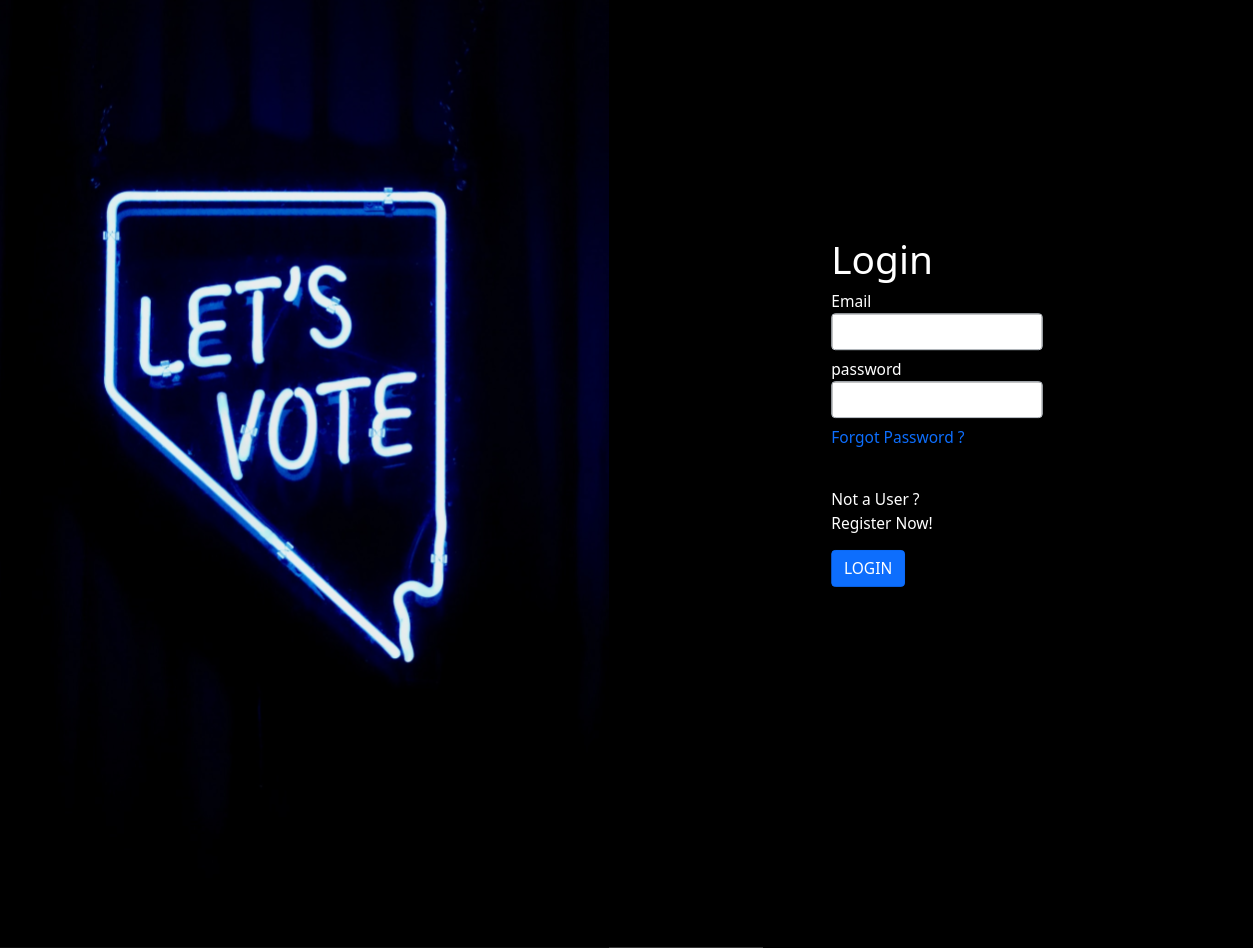
Repository: DavidManiIbrahim/Voting-app
Page: Login.html
The author's editor kept a copy of each file at every save. The page is drawn from the files as they stood at one save, then again after a run of saves.
The browser window is 1280 px wide. The page is 1292 px wide, so the pictures cover 1292 px, including what lies to the right of the window. The pictures show the whole page, at 97% of full size.

Above is the page before, as saved 2025-01-18 07:11:15.

### Login.html
<!DOCTYPE html>
<html lang="en">
<head>
    <meta charset="UTF-8">
    <meta name="viewport" content="width=device-width, initial-scale=1.0">
    <title>Login Page</title>
    <link rel="stylesheet" href="./bootstrap.css">
</head>
<body>

<style>
    form{
        position: relative;
        top: 20%;
    }
    .hero{
        background: #000;
    }
</style>

<div class="row hero">
    <div class="col-md  container-fluid">
        <img src="./unsplash_LA1VawaCjjI.svg" alt="login image" class=" img-fluid" width="100%">
    </div>
    <div class="col-md text-white align-items-center">
        <form action="" class="w-50 p-5 m-auto ">
            <h1>Login</h1>
            <label for="email" class="form-label">Email  <br>
                <input class="form-control" type="text">
            </label> <br>
            <label class="form-label"" for="password">password  <br>
                <input class="form-control" type="password" class="form-text">
            </label> <br>
            <p class="text-primary">Forgot Password ?</p> <br>
            <span>Not a User ?</span>
            <p>Register Now!</p>
            <button class="btn btn-primary">LOGIN</button>
        </form>
    </div>
</div>








<script src="./bootstrap.min.js"></script>
</body>
</html>

Loaded but not shown: bootstrap.css (library); bootstrap.min.js (library)

After the next 2 saves:
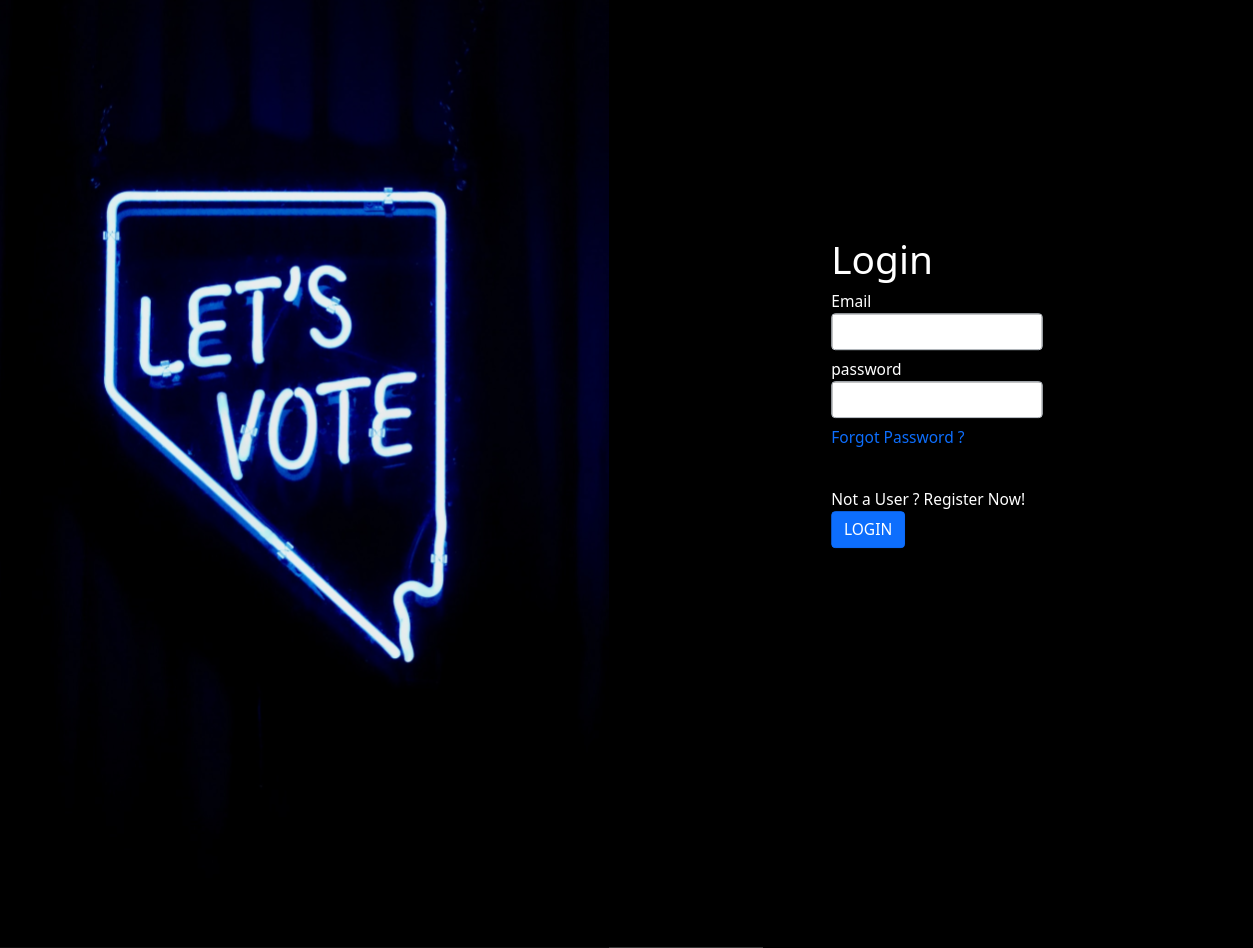
The 2 saves are shown as one change because they came seconds apart.
The last was saved 5 s later.
--- a/Login.html
+++ b/Login.html
@@ -33,7 +33,7 @@
             </label> <br>
             <p class="text-primary">Forgot Password ?</p> <br>
             <span>Not a User ?</span>
-            <p>Register Now!</p>
+            <sp>Register Now!</span>
             <button class="btn btn-primary">LOGIN</button>
         </form>
     </div>
